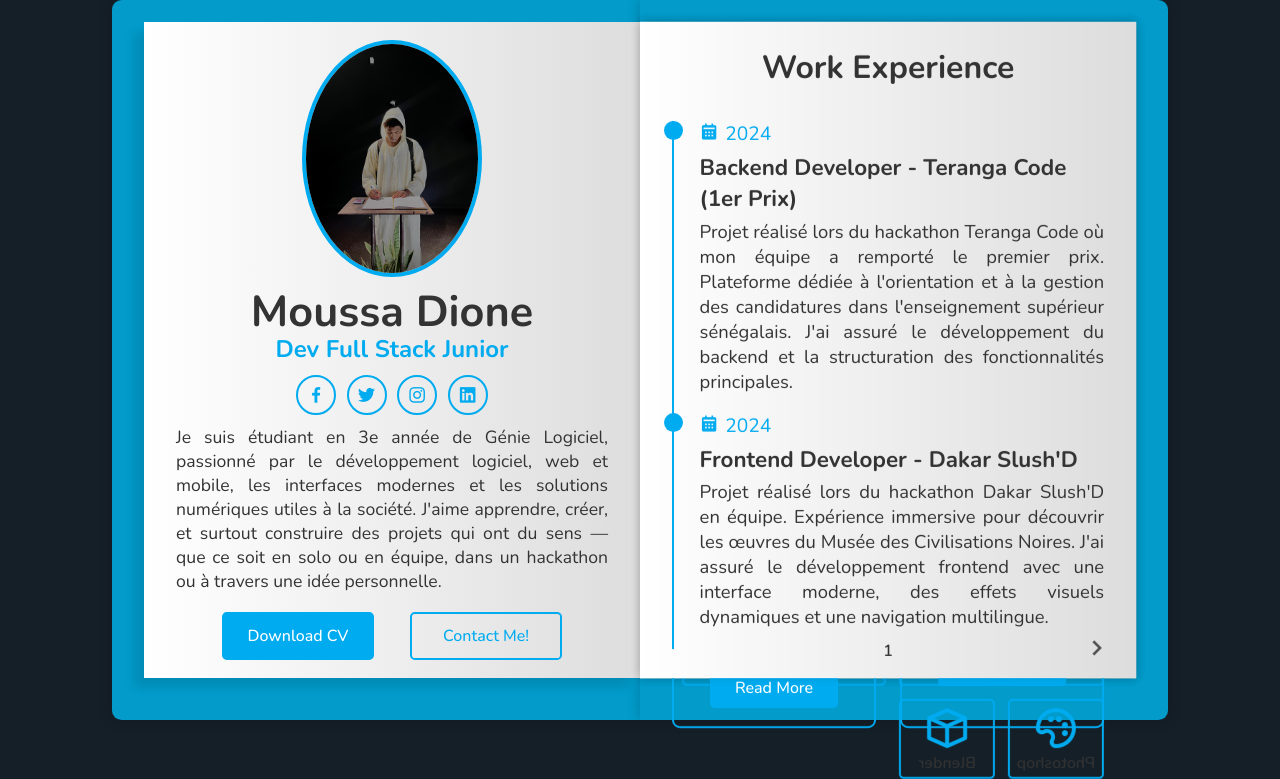
Repository: Dionecena/Portfolio
Page: Book portfolio website/index.html
The author's editor kept a copy of each file at every save. The page is drawn from the files as they stood at one save, then again after the next save.
The browser window is 1280 px wide. The pictures show the whole page.
Some web fonts or font styles are not loaded; a fallback is used.

Above is the page before, as saved 2025-10-16 05:34:03.

After the next save:
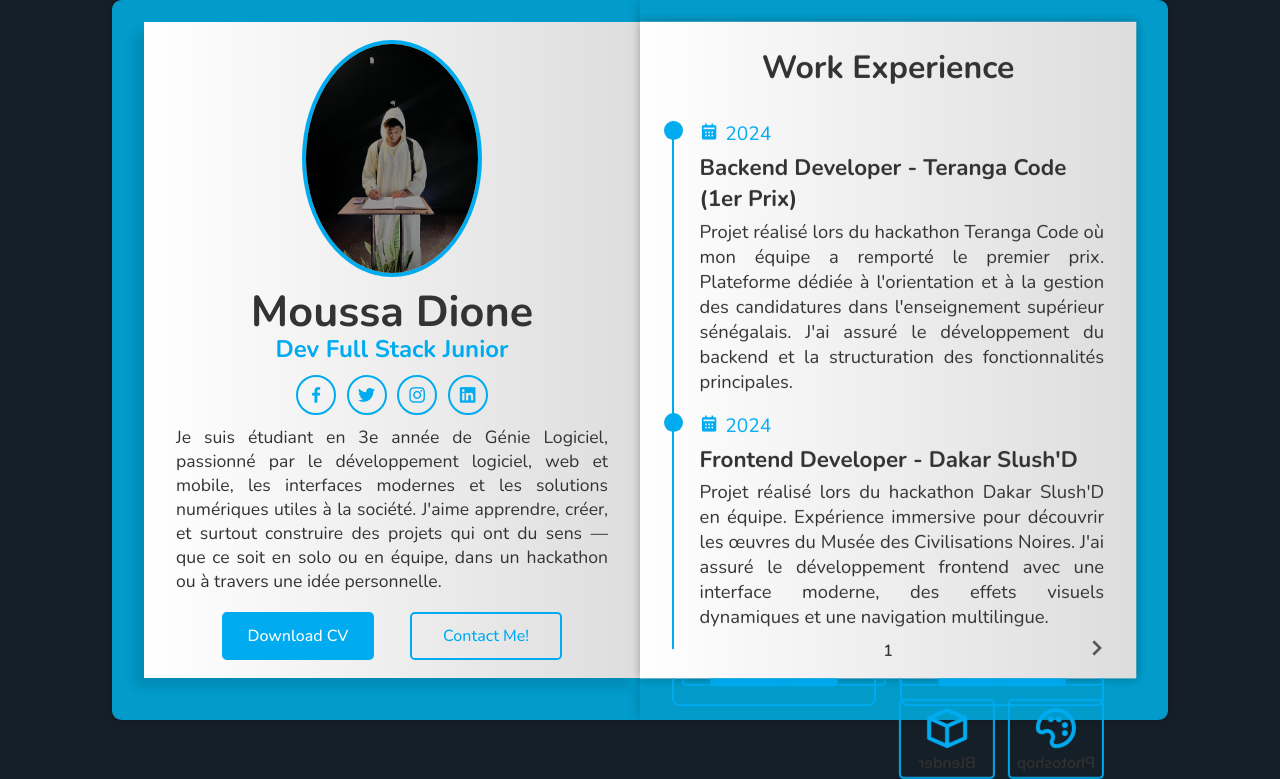
Saved 7 min 13 s later.
--- a/Book portfolio website/index.html
+++ b/Book portfolio website/index.html
@@ -154,7 +154,7 @@
                 <i class="bx bx-palette"></i>
                 <h3>Conception d'Interfaces UI/UX</h3>
                 <p>
-                  Design d'expériences utilisateur intuitives et d'interfaces modernes pour applications web et mobile.
+                  Design d'expériences utilisateur intuitives et d'interfaces modernes pour app web et mobile.
                 </p>
                 <a href="#" class="btn">Read More</a>
               </div>
